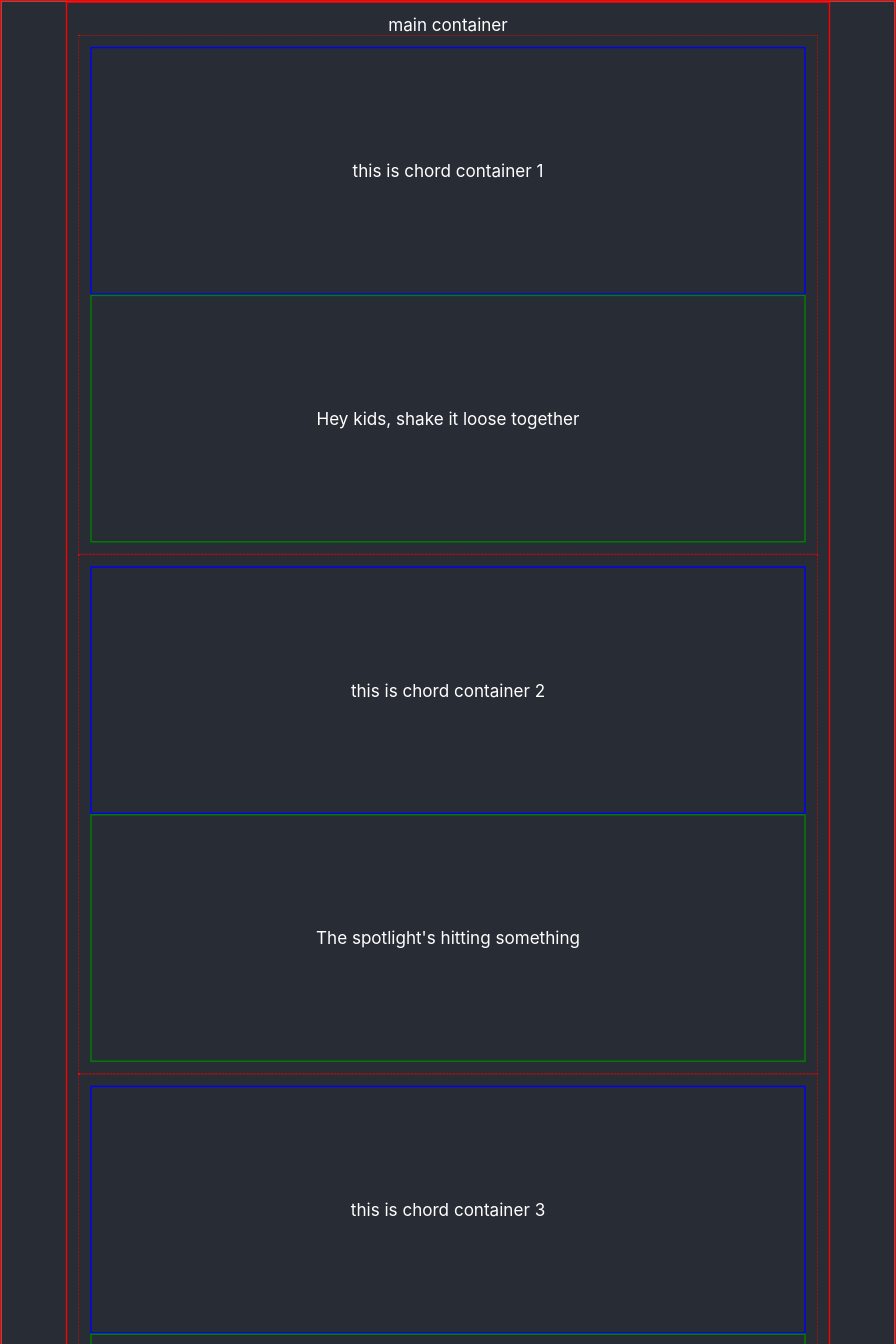
Repository: mattnoth/easy-nash-tab
Page: /
These files come from the project's save history. The page is drawn as it stood at one moment and after the next save; the edit follows.
The browser window is 1280 px wide. The pictures show the part of the page from y = 0 to 1920 px (the page is 32718 px tall before and 10190 px after), at 70% of full size.
The project was rebuilt for these pictures with package versions that can differ from the ones it lists, and the page was loaded fresh each time.

Above is the page before, as saved 2022-08-06 17:27:39.

### src/App.js
import './App.css';
import MainContainerLogic from './components/MainContainers/MainContainerLogic.js';

function App() {
  return (
    <div className="App">
      <header className="App-header">
        <MainContainerLogic />
      </header>
    </div>
  );
}

export default App;

### src/App.css
.App {
  text-align: center;
  border: 2px solid red;
}

.App-logo {
  height: 40vmin;
  pointer-events: none;
}


.App-header {
  background-color: #282c34;
  min-height: 100vh;
  display: flex;
  flex-direction: column;
  align-items: center;
  justify-content: center;
  font-size: calc(10px + 2vmin);
  color: white;
}

### src/components/MainContainers/MainContainerLogic.js
import { useState } from "react";
import React from 'react';
import { bennieAndTheJets } from '../../data/BennieAndTheJets'
import Main from '../MainContainers/Main.js'
import './mainContainerStyles.css'


function MainContainerLogic(props) {

    const [fullLyricString, setFullLyricsString] = useState('')
    const [lyricArray, setLyricArray] = useState([])
    const [currentLine, setCurrentLine] = useState([]);

    const splitLyrics = (lyrics) => {
        const arr = lyrics.split(/\r?\n/);
        setLyricArray(arr);
    }

    const createObject = (lyrics) => {
        let obj = {};
        let arr = [];

        for (let i = 0; i < lyrics.length; i++) {
            obj = {
                lyric: lyrics[i],
                currentId: i
            }
            arr.push(obj)
        }
        return arr;
    }

    if (fullLyricString == '') {
        setFullLyricsString(bennieAndTheJets);
    }

    if (fullLyricString && lyricArray.length === 0) {
        splitLyrics(fullLyricString);
    }

    let tempLyrics;

    if (lyricArray.length > 0) {
        if (lyricArray[0]) {
            return;
        } else {
            tempLyrics = createObject(lyricArray);

        }
    }

    if (tempLyrics) {
        tempLyrics.map((line) => {
            currentLine.push(line);
        })
    }

    return (
        <>
            <div className="mainContainer">
                main container
                {
                    currentLine.map((line) => {
                        if (line?.currentId === 0) {
                            return
                        } else {
                            return (
                                <div key={"div " + line?.currentId}>
                                    <Main
                                        line={line}
                                        key={"main " + line?.currentId}
                                    />
                                </div>

                            )
                        }
                    })
                }
            </div>
        </>
    );
}

export default MainContainerLogic;

### src/data/BennieAndTheJets.js
export const bennieAndTheJets = `
Hey kids, shake it loose together
The spotlight's hitting something
That's been known to change the weather
We'll kill the fatted calf tonight
So stick around
You're gonna hear electric music
Solid walls of sound
Say, Candy and Ronnie, have you seen them yet
Ohh, but they're so spaced out, B-b-b-b Bennie and the Jets
Oh but they're weird and they're wonderful
Oh Bennie she's really keen
She's got electric boots a mohair suit
You know I read it in a magazine
Oh oh, B - b - b - b Bennie and the Jets
Bennie, Bennie and the Jets
Hey kids, plug into the faithless
Maybe they're blinded
But Bennie makes them ageless
We shall survive, let us take ourselves along
Where we fight our parents out in the streets
To find who's right and who's wrong
Say, Candy and Ronnie, have you seen them yet
Ohh, but they're so spaced out, B-b-b-b Bennie and the Jets
Oh but they're weird and they're wonderful
Oh Bennie she's really keen
She's got electric boots a mohair suit
You know I read it in a magazine
Oh oh, B - b - b - b Bennie and the Jets
Bennie, Bennie and the Jets
Hey kids, plug into the faithless
Maybe they're blinded
But Bennie makes them ageless
We shall survive, let us take ourselves along
Where we fight our parents out in the streets
To find who's right and who's wrong
Say, Candy and Ronnie, have you seen them yet
Ohh, but they're so spaced out, B-b-b-b Bennie and the Jets
Oh but they're weird and they're wonderful
Oh Bennie she's really keen
She's got electric boots a mohair suit
You know I read it in a magazine
Oh oh, B - b - b - b Bennie and the Jets
Bennie, Bennie, Bennie, Bennie and the Jets
Bennie and the Jets`

### src/components/MainContainers/Main.js
import React from 'react';
import ChordContainer from '../ChordContainer/ChordContainer.js';
import LyricContainer from '../LyricContainer/LyricContainer.js'
import './mainContainerStyles.css'

function Main({ line }) {
    return (
        <div className="oneLine">
            <ChordContainer
                line={line}
                className="chordContainer"
            />
            <LyricContainer
                className="lyricContainer"
                line={line} />
        </div>
    );
}

export default Main;

### src/components/MainContainers/mainContainerStyles.css
.mainContainer {
    padding: 1rem;
    display: flex;
    flex-direction: column;
    border: 2px solid red;
}

.oneLine {
    border: 1px dotted red;
    padding: 1rem;
}

.chordContainer {
    border: 2px solid blue;
    padding: 10rem;
}

.lyricContainer {
    border: 2px solid green;
    padding: 10rem;
}

### src/components/ChordContainer/ChordContainer.js
import React from 'react';

function ChordContainer({ line }) {
    return (
        <div className="chordContainer">
            this is chord container {line?.currentId}
        </div>
    );
}

export default ChordContainer;

### src/components/LyricContainer/LyricContainer.js
import React from 'react';

function LyricContainer({ line }) {
    return (
        <div
            className="lyricContainer"> {line?.lyric}
        </div>
    );
}

export default LyricContainer;

Loaded but not shown: public/index.html (common file); src/index.js (common file); src/index.css (common file); src/reportWebVitals.js (common file)

After the next save:
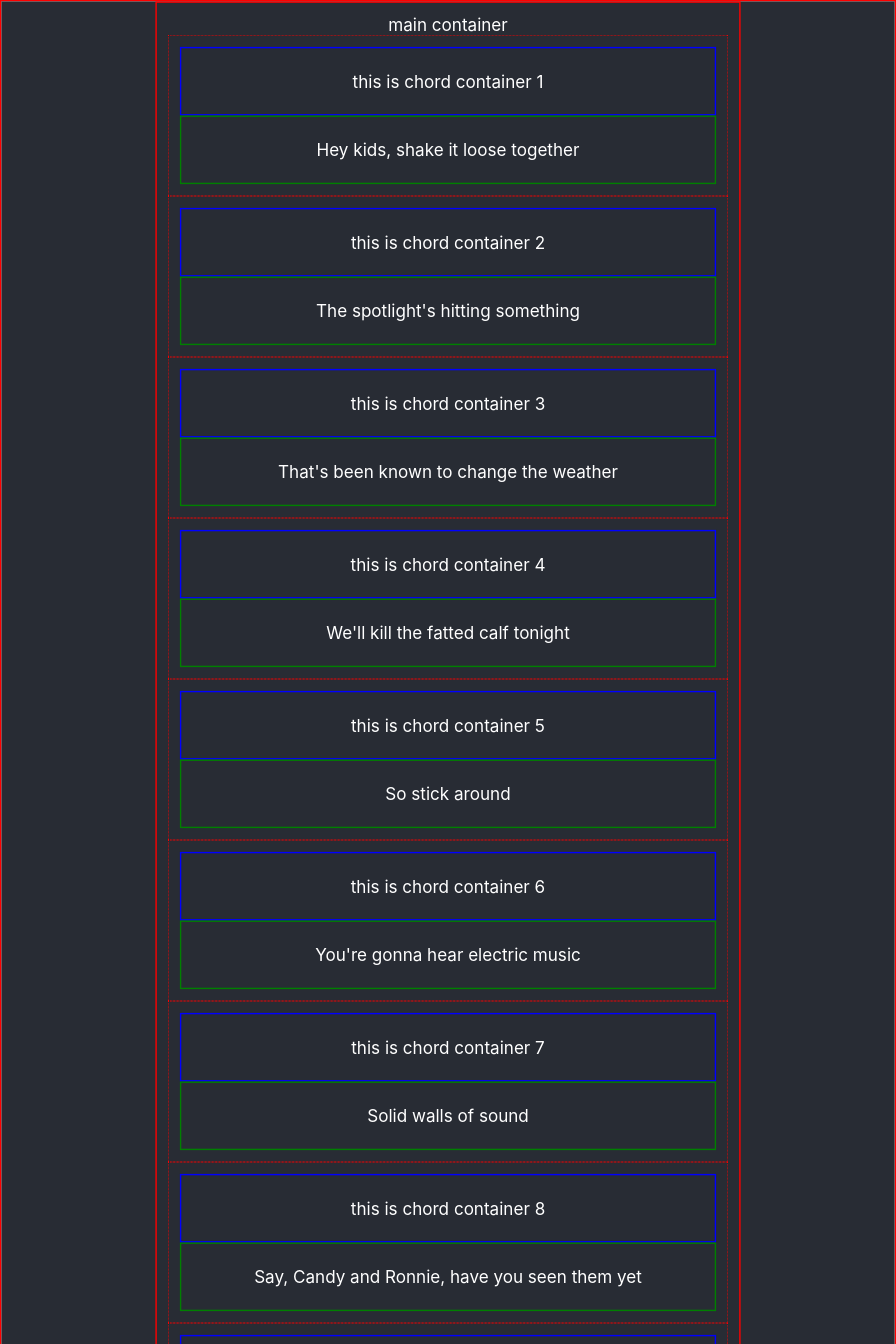
Saved 13 s later.
--- a/src/components/MainContainers/mainContainerStyles.css
+++ b/src/components/MainContainers/mainContainerStyles.css
@@ -12,10 +12,10 @@
 
 .chordContainer {
     border: 2px solid blue;
-    padding: 10rem;
+    padding: 2rem;
 }
 
 .lyricContainer {
     border: 2px solid green;
-    padding: 10rem;
+    padding: 2rem;
 }
